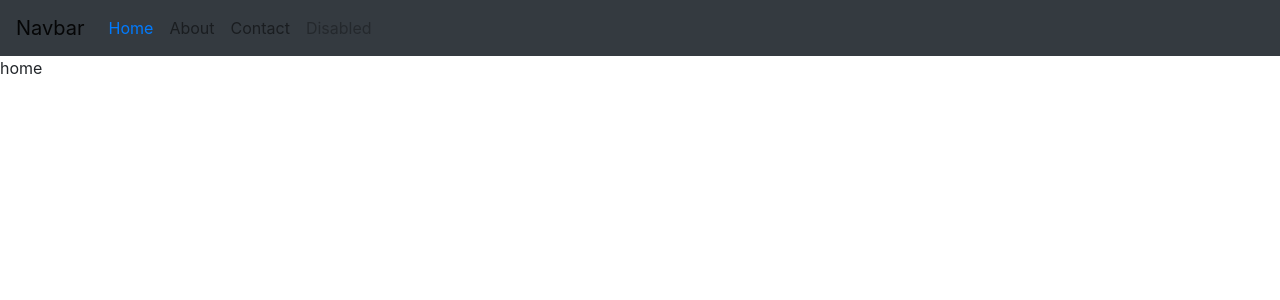
Repository: syawal2kalii/parsinta_clone_model
Page: http://localhost/home
The author's editor kept a copy of each file at every save. The page is drawn from the files as they stood at one save, then again after the next save.
The browser window is 1280 px wide. The pictures show the whole page.
The page is served by the project's Laravel application, run on PHP 8.4 with Laravel 8.

Above is the page before, as saved 2019-12-26 15:13:29.

After the next save:
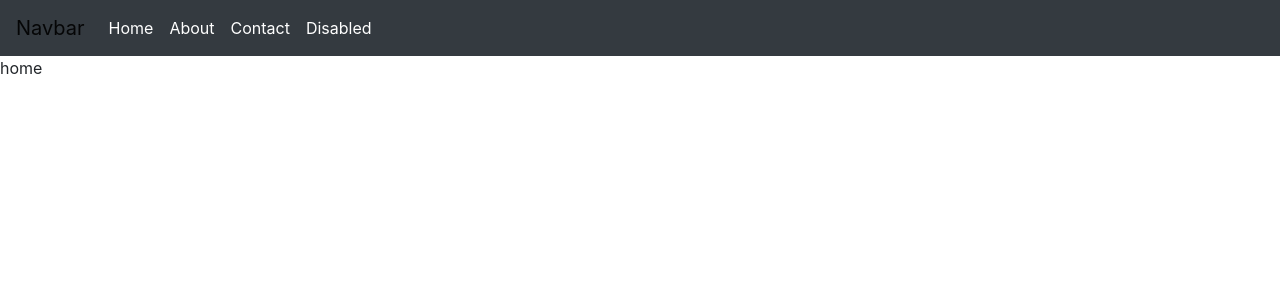
Saved 45 s later.
--- a/resources/views/layout/navigation.blade.php
+++ b/resources/views/layout/navigation.blade.php
@@ -5,10 +5,10 @@
         </button>
         <div class="collapse navbar-collapse" id="navbarNavAltMarkup">
           <div class="navbar-nav">
-            <a class="nav-item nav-link active text-primary" href="/home">Home <span class="sr-only">(current)</span></a>
-            <a class="nav-item nav-link" href="/about">About</a>
-            <a class="nav-item nav-link" href="/contact">Contact</a>
-            <a class="nav-item nav-link disabled" href="#" tabindex="-1" aria-disabled="true">Disabled</a>
+            <a class="nav-item nav-link active text-white" href="/home">Home <span class="sr-only">(current)</span></a>
+            <a class="nav-item nav-link text-white" href="/about">About</a>
+            <a class="nav-item nav-link text-white" href="/contact">Contact</a>
+            <a class="nav-item nav-link text-white disabled" href="#" tabindex="-1" aria-disabled="true">Disabled</a>
           </div>
         </div>
 </nav>
